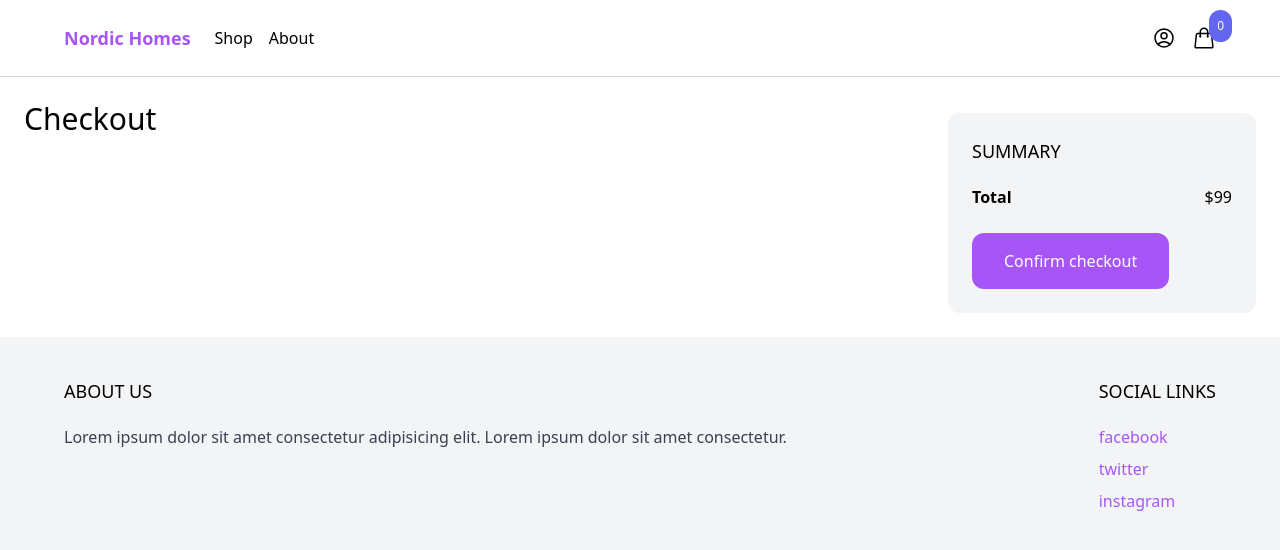
Repository: Calin224/NordicHomes
Page: cart/templates/cart/checkout.html
An editor plug-in stored every save of this project. The page is shown before and after the next save, followed by the edit.
The browser window is 1280 px wide. The pictures show the whole page.
Some web libraries are served in a nearby version. The template is drawn by Django 4.2. The application's start-up code is not run. The template is opened directly, without the code that normally fills it, so the values that code supplies are empty.

Above is the page before, as saved 2023-02-16 21:03:00.

After the next save:
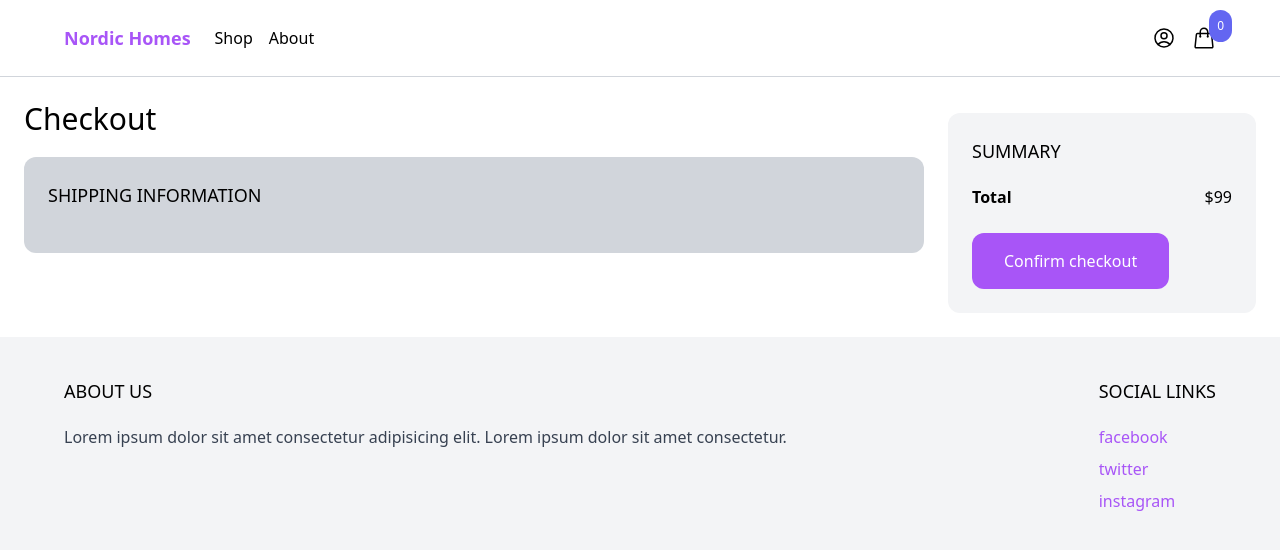
Saved 47 s later.
--- a/cart/templates/cart/checkout.html
+++ b/cart/templates/cart/checkout.html
@@ -5,6 +5,12 @@
 <div class="max-2-6xl mx-auto flex flex-wrap items-start py-6 px-6 ">
     <div class="products w-full lg:w-3/4">
         <h1 class="mb-5 text-3xl">Checkout</h1>
+
+        <div class="w-full pr-6">
+            <div class="mb-6 p-6 bg-gray-300 rounded-xl">
+                <h2 class="mb-5 uppercase text-lg">Shipping information</h2>
+            </div>
+        </div>
     </div>
 
     <div class="summary w-full lg:w-1/4 p-6 bg-gray-100 rounded-xl mt-3">

After the save that followed:
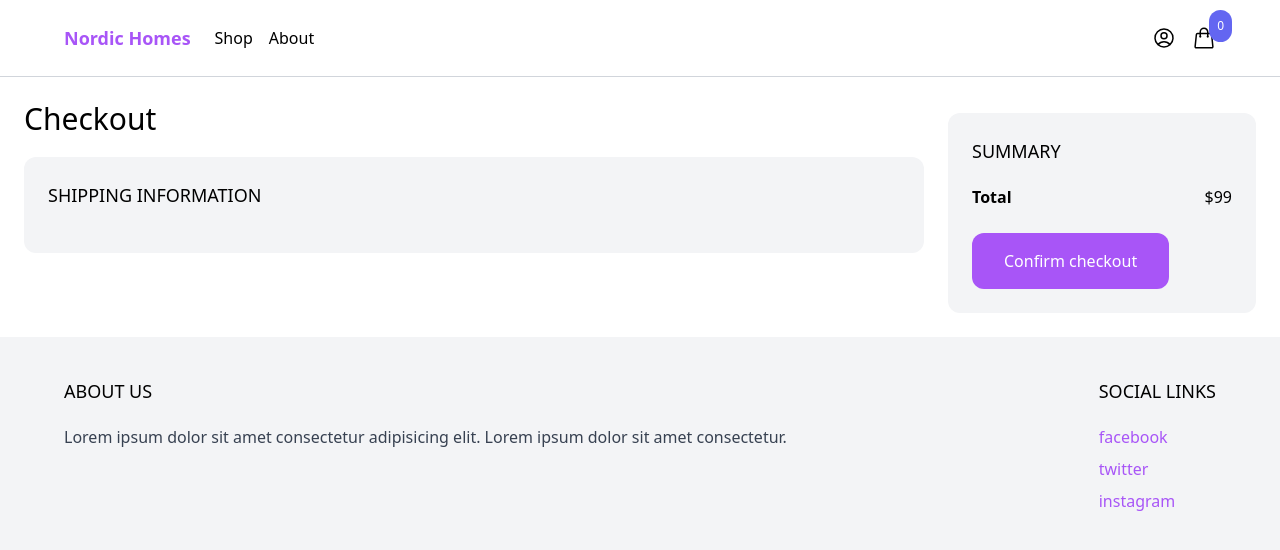
Saved 7 s later.
--- a/cart/templates/cart/checkout.html
+++ b/cart/templates/cart/checkout.html
@@ -7,7 +7,7 @@
         <h1 class="mb-5 text-3xl">Checkout</h1>
 
         <div class="w-full pr-6">
-            <div class="mb-6 p-6 bg-gray-300 rounded-xl">
+            <div class="mb-6 p-6 bg-gray-100 rounded-xl">
                 <h2 class="mb-5 uppercase text-lg">Shipping information</h2>
             </div>
         </div>
